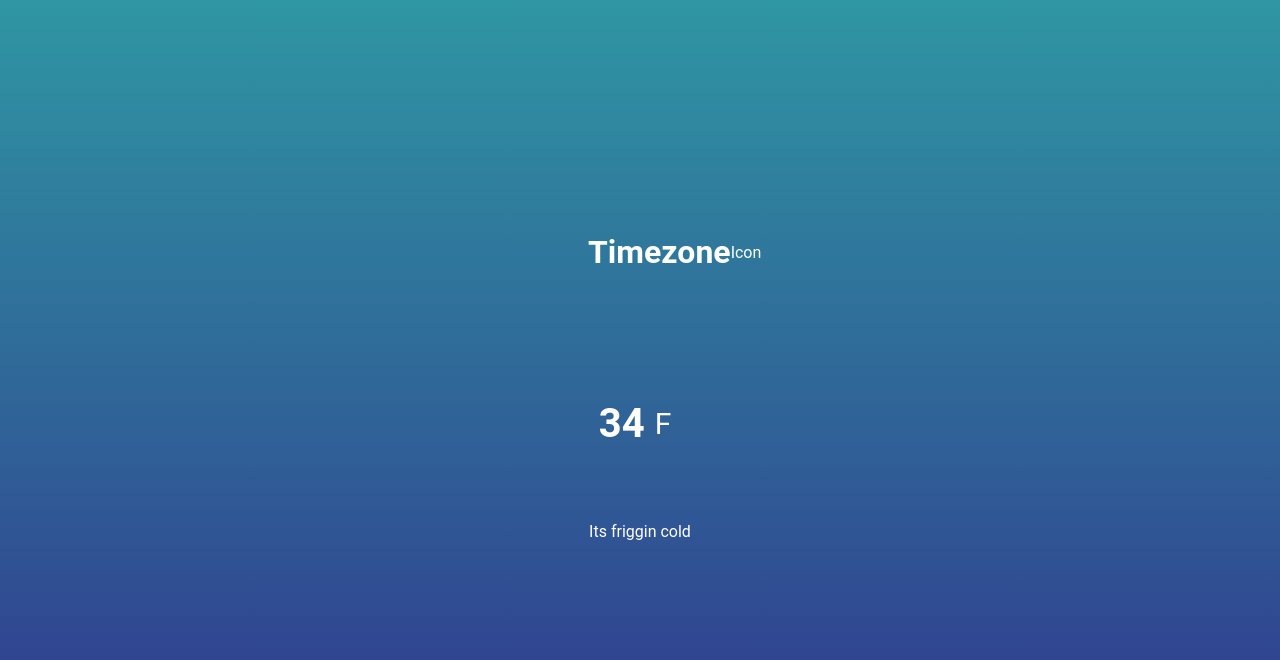
Repository: BaczkiewiczDawid/weatherApp
Page: index.html
An editor plug-in stored every save of this project. The page is shown before and after the next save, followed by the edit.
The browser window is 1280 px wide. The pictures show the whole page.

Above is the page before, as saved 2020-02-22 19:46:13.
Console error: SyntaxError: Unexpected token '|'

### index.html
<!DOCTYPE html>
<head>
    <link rel="stylesheet" href="style.css">
    <link href="https://fonts.googleapis.com/css?family=Montserrat:300,400,500,700,900&display=swap" rel="stylesheet">
    <meta name="viewport" content="width=device-width, initial-scale=1.0">
    <meta charset="UTF-8">
</head>
<body>
    <div class="location">
        <h1 class="location-timezone">Timezone</h1>
        <p>Icon</p>
    </div>
    <div class="temperature">
        <div class="degree-section">
            <h2 class="temperature-degree">34</h2>
            <span>F</span>
        </div>
        <div class="temperature-description">Its friggin cold</div>
    </div>
    <script src="app.js"></script>
</body>

### style.css
* {
    margin: 0;
    padding: 0;
    box-sizing: border-box;
}
body, html {
    font-family: 'Roboto', sans-serif;
    height: 100vh;
    display: flex;
    justify-content: center;
    align-items: center;
    flex-direction: column;
    color: white;
    background: linear-gradient(rgb(47,150,163), rgb(48,62,143));
}
.location, .temperature {
    height: 30vh;
    width: 60%;
    display: flex;
    justify-content: space-around;
    align-items: center;
}
.temperature {
    flex-direction: column;
}
.degree-section {
    display: flex;
    align-items: center;
    cursor: pointer;
}
.degree-section span {
    margin: 10px;
    font-size: 30px;
}
.degree-section h2 {
    font-size: 40px;
}

### app.js
window.addEventListener("load", ()=> {
    let long;
    let lat;
    let temperatureDescription = document.querySelector(".temperature-description");
    let temperatureDegree = document.querySelector(".temperature-degree");
    let locationTimezone = document.querySelector(".location-timezone");

    if(navigator.geolocation) {
        navigator.geolocation.getCurrentPosition(position => {
            long = position.coords.longitude;
            lat = position.coords.latitude;
            const proxy = "https://cors-anywhere.herokuapp.com/";
            const api = `${proxy}https://api.darksky.net/forecast/203b6dde2966a44d96d2461987f0ec57/${lat},${long}`;
            fetch(api)
            .then(response => {
                return response.json();
            })
            .then(data =>{
                console.log(data);
                const {temperature, summary, icon} = data.currently;
                //set DOM Elements from the API
                temperatureDegree.textContent = temperature;
                temperatureDescription.textContent = summary;
                locationTimezone.textContent = data.timezone;
            })
        })
    }
    function setIcons(icon, iconID) {
        const skycons = new skycons({color: "white"});
        const currentIcon = icon.replace(/-/g, | "_");
    }
});

After the next save:
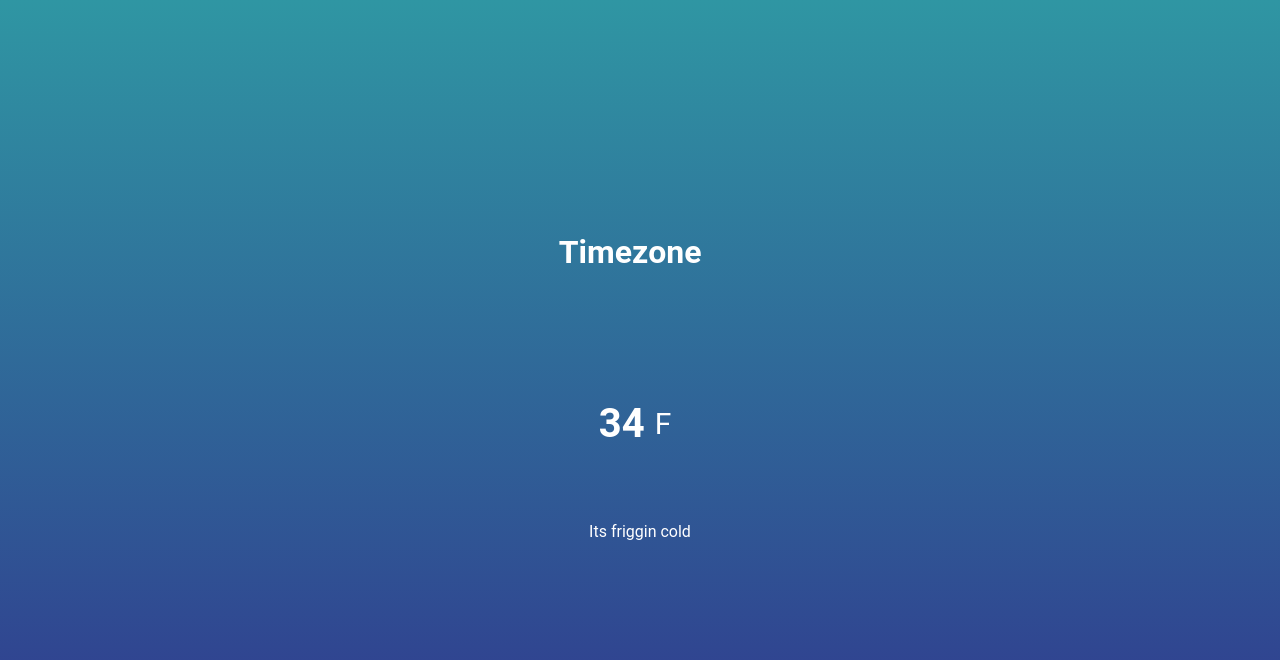
Saved 97 s later.
--- a/index.html
+++ b/index.html
@@ -8,7 +8,7 @@
 <body>
     <div class="location">
         <h1 class="location-timezone">Timezone</h1>
-        <p>Icon</p>
+        <canvas id="icon1" width="128" height="128"></canvas>
     </div>
     <div class="temperature">
         <div class="degree-section">
